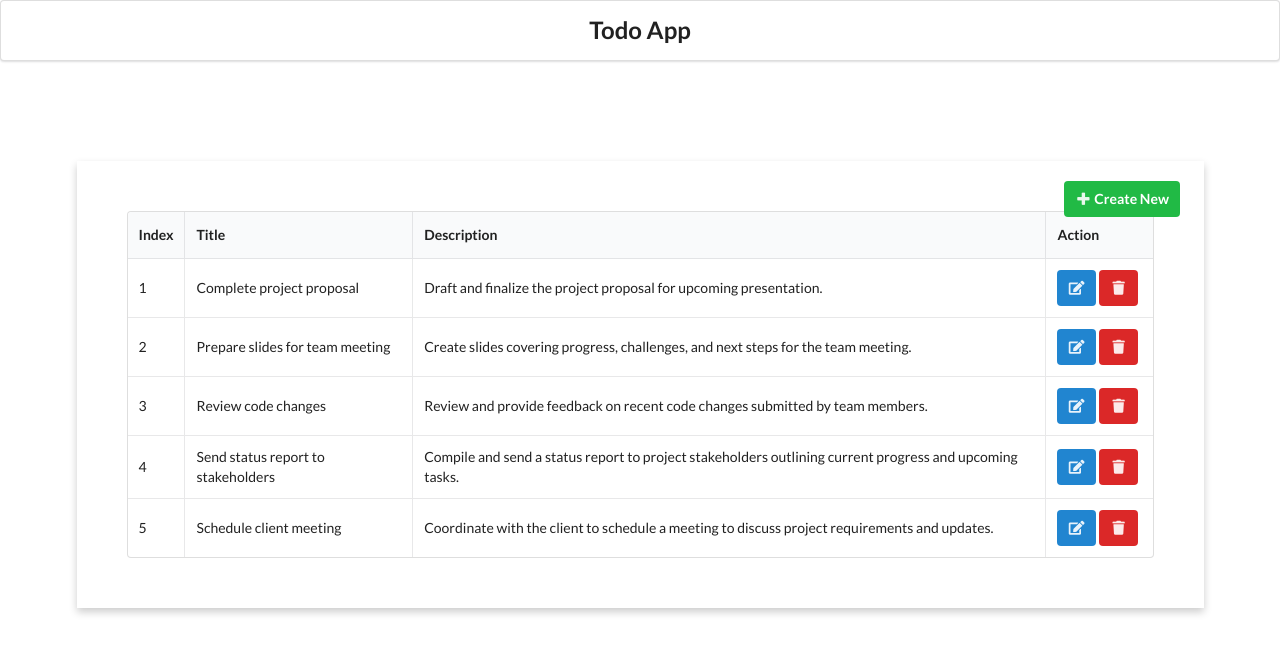
Repository: Wahid137/todo-app
Page: /
An editor plug-in stored every save of this project. The page is shown before and after the next save, followed by the edit.
The browser window is 1280 px wide. The pictures show the whole page.
The project was rebuilt for these pictures with package versions that can differ from the ones it lists, and the page was loaded fresh each time. Also part of the build but not shown: src/App.css, src/index.css.

Above is the page before, as saved 2024-05-03 10:46:05.

After the next save:
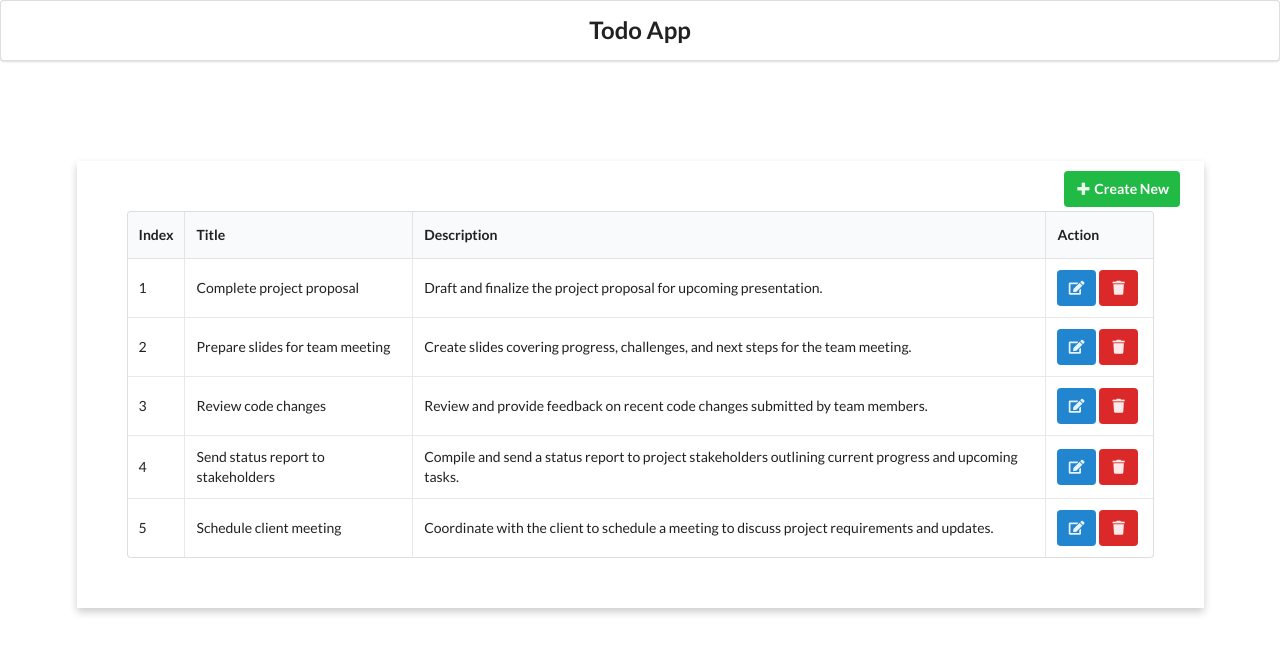
Saved 29 s later.
--- a/src/components/TodoListPage.js
+++ b/src/components/TodoListPage.js
@@ -41,7 +41,7 @@ const TodoListPage = () => {
                 <h2 style={{ textAlign: 'center' }}>Todo App</h2>
             </Segment>
             <Container style={{ boxShadow: '0 4px 8px 0 rgba(0, 0, 0, 0.2)', padding: '50px', marginTop: '100px', position: 'relative' }}>
-                <Button icon color='green' onClick={handleCreateNew} style={{ position: 'absolute', right: '20px', top: '20px', zIndex: '1' }}>
+                <Button icon color='green' onClick={handleCreateNew} style={{ position: 'absolute', right: '20px', top: '10px', zIndex: '1' }}>
                     <Icon name='add' /> Create New
                 </Button>
                 {showMessage &&
